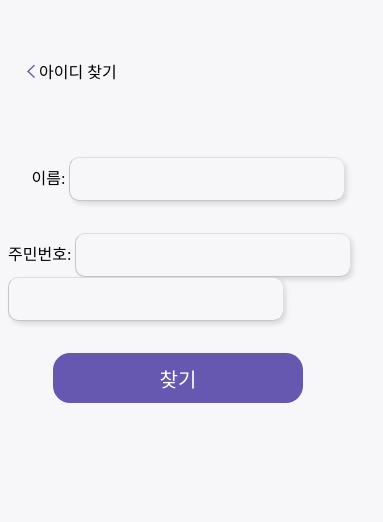
Repository: PEPI-dev/UI
Page: find_id_pw/findId.html
The author's editor kept a copy of each file at every save. The page is drawn from the files as they stood at one save, then again after the next save.
The browser window is 360 px wide. The page is 383 px wide, so the pictures cover 383 px, including what lies to the right of the window. The pictures show the whole page.
Some web fonts or font styles are not loaded; a fallback is used.

Above is the page before, as saved 2023-12-05 13:21:57.

### find_id_pw/findId.html
<!DOCTYPE html>
<html lang="en">
<head>
    <meta charset="UTF-8">
    <meta name="viewport" content="width=device-width, initial-scale=1.0">
    <title>아이디 찾기</title>
    <link rel="stylesheet" href="./findId.css">
    <link rel ="stylesheet" type="text/css" href="../a_XEIcon-2.2.0/xeicon.min.css">
</head>
<body>

    <div id="div_back"><i class="xi-angle-left" id="back"></i><p id="txt_login">아이디 찾기</p></div>

    <div id="container">
        <form action="#">
            <p>이름: <input class="field" type="text"></p>
            <p>주민번호: <input class="field" type="text"> <input class="field" type="text"></p>
            <p><button class="search">찾기</button></p>
        </form>
    </div>

    <script>
        // 이전 페이지로 돌아가기
        function backPage(){
            window.history.back()
        }
    </script>
</body>
</html>

### find_id_pw/findid.css
@font-face {
    font-family: 'main_font';
    src: url(../a_font/NotoSansKR-VariableFont_wght.ttf);
    font-weight: 500;
}

@font-face {
    font-family: 'sub_font';
    src: url(../a_font/SEBANG/SEBANG\ Gothic.ttf);
}

/* 바디 */
body {
    height: 100%;
    width: 100%;
    background-color: #F7F7F9;
    display: flex;
    flex-direction: column;
    align-items: center;
}

/* 뒤로가기 버튼 */
.xi-angle-left {
    color: #6658B1;
}

.field {
    width: 270px;
    height: 40px;
    border-radius: 10px;
    box-shadow: 3px 3px 5px rgba(0, 0, 0, 0.12);
    background-color: #F7F7F9;
    border-width: 0;
    outline: none;
    border: none;
    border-top: 0.2px solid rgba(0, 0, 0, 0.1);
    border-left: 0.5px solid rgba(0, 0, 0, 0.2);
    border-bottom: 0.5px solid rgba(0, 0, 0, 0.2);
}

.search {
    background-color: #6658B1;
    color: white;
    border: 1px solid #E1E1E1;
    font-family: 'main_font';
    font-size: 20px;
    font-weight: 500;
    border-radius: 17px;
    border: 0px;
    width: 277px;
    height: 50px;
}

@media screen and (max-width: 360px) {

    /* 뒤로가기 버튼 */
    #div_back {
        display: flex;
        align-items: center;
        justify-content: flex-start;
        margin-bottom: auto;
        margin-top: 35px;
        width: 100%;
        margin-left: 30px;
    }


    /* 입력폼 */
    form {
        display: flex;
        flex-direction: column;
        align-items: center;
        justify-content: flex-end;
        height: 40vh;

    }

    .search {
        width: 250px;
        height: 50px;
        margin-right: 20px;
    }


    .input_form {
        display: flex;
        flex-direction: column;
        align-items: flex-start;
        width: 291px;
        margin-bottom: 20px;
    }
}

Loaded but not shown: a_XEIcon-2.2.0/xeicon.min.css (library)

After the next save:
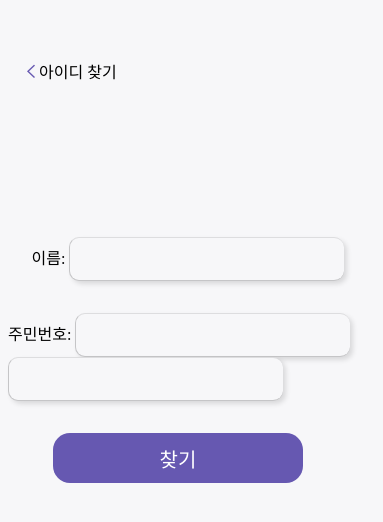
Saved 35 s later.
--- a/find_id_pw/findid.css
+++ b/find_id_pw/findid.css
@@ -71,7 +71,7 @@ body {
         flex-direction: column;
         align-items: center;
         justify-content: flex-end;
-        height: 40vh;
+        height: 50vh;
 
     }
 
